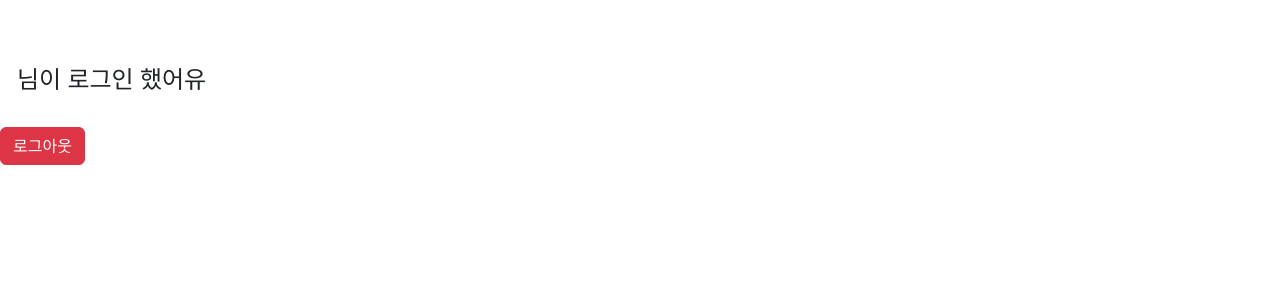
Repository: JunbroGit/SistProject
Page: http://localhost/jsaAjaxProject/login/logoutForm.jsp
These files come from the project's save history. The page is drawn as it stood at one moment and after the next save; the edit follows.
The browser window is 1280 px wide. The pictures show the whole page.
Some web fonts or font styles are not loaded; a fallback is used. The page is served by Tomcat 9. Other server files are loaded and not shown. Queries for data that is not in the repository find no rows.

Above is the page before, as saved 2024-03-13 02:19:50.

### jspwork/jsaAjaxProject/src/main/webapp/login/logoutForm.jsp
<%@page import="log.model.LogDao"%>
<%@ page language="java" contentType="text/html; charset=UTF-8"
    pageEncoding="UTF-8"%>
<!DOCTYPE html>
<html>
<head>
<meta charset="UTF-8">
<link href="https://cdn.jsdelivr.net/npm/bootstrap@5.3.2/dist/css/bootstrap.min.css" rel="stylesheet">
<link href="https://fonts.googleapis.com/css2?family=Dongle&family=Gaegu&family=Nanum+Myeongjo&family=Nanum+Pen+Script&family=Noto+Sans+KR:wght@100..900&display=swap" rel="stylesheet">
<script src="https://code.jquery.com/jquery-3.7.0.js"></script>
<title>Insert title here</title>
</head>
<body>
<%
	//세션으로부터 아이디 읽어온다
	String id=(String)session.getAttribute("idOk");
	//아이디에 해당하는 이름을 dao로부터 얻어온다
	LogDao dao=new LogDao();
	String name=dao.getName(id);
%>
<br><br>
<h4 class="alert alert-waring"><%=name %>님이 로그인 했어유</h4>
<input value="로그아웃" class="btn btn-danger" type="button">
</body>
</html>

### jspwork/jsaAjaxProject/src/main/java/mysql/db/DbConnect.java
package mysql.db;

import java.sql.Connection;
import java.sql.DriverManager;
import java.sql.PreparedStatement;
import java.sql.ResultSet;
import java.sql.SQLException;
import java.sql.Statement;

public class DbConnect {

	static final String MYSQLDRIVER="com.mysql.cj.jdbc.Driver";
	static final String MYSQL_URL="jdbc:mysql://localhost:3306/coffee";

	public DbConnect() {
		try {
			Class.forName(MYSQLDRIVER);
			System.out.println("mysql 드라이버성공");
		} catch (ClassNotFoundException e) {
			// TODO Auto-generated catch block
			//e.printStackTrace();
			System.out.println("mysql 드라이버 실패"+e.getMessage());
		}
	}


	public Connection getConnection()
	{
		Connection conn=null;

		try {
			conn=DriverManager.getConnection(MYSQL_URL, "junbro", "1234");
			System.out.println("MYSQL계정연결성공");
		} catch (SQLException e) {
			// TODO Auto-generated catch block
			e.printStackTrace();
			System.out.println("MYSQL연결실패: "+e.getMessage());
		}


		return conn;
	}

	//close 총 4개 오버로딩
	public void dbClose(ResultSet rs,Statement stmt,Connection conn)
	{

			try {
				if(rs!=null) rs.close();
				if(stmt!=null) stmt.close();
				if(conn!=null) conn.close();
			} catch (SQLException e) {
				// TODO Auto-generated catch block
				e.printStackTrace();
			}
	}

	public void dbClose(Statement stmt,Connection conn)
	{

			try {

				if(stmt!=null) stmt.close();
				if(conn!=null) conn.close();
			} catch (SQLException e) {
				// TODO Auto-generated catch block
				e.printStackTrace();
			}
	}

	public void dbClose(ResultSet rs,PreparedStatement pstmt,Connection conn)
	{

			try {
				if(rs!=null) rs.close();
				if(pstmt!=null) pstmt.close();
				if(conn!=null) conn.close();
			} catch (SQLException e) {
				// TODO Auto-generated catch block
				e.printStackTrace();
			}
	}

	public void dbClose(PreparedStatement pstmt,Connection conn)
	{

			try {

				if(pstmt!=null) pstmt.close();
				if(conn!=null) conn.close();
			} catch (SQLException e) {
				// TODO Auto-generated catch block
				e.printStackTrace();
			}
	}


}

After the next save:
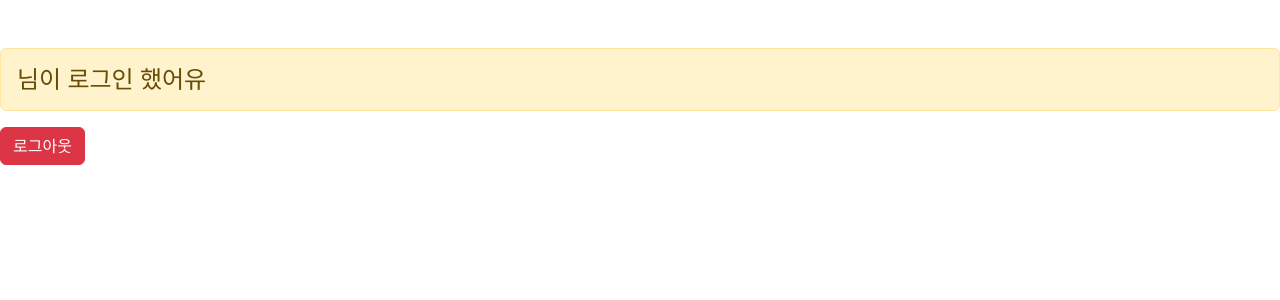
Saved 6 s later.
--- a/jspwork/jsaAjaxProject/src/main/webapp/login/logoutForm.jsp
+++ b/jspwork/jsaAjaxProject/src/main/webapp/login/logoutForm.jsp
@@ -19,7 +19,7 @@
 	String name=dao.getName(id);
 %>
 <br><br>
-<h4 class="alert alert-waring"><%=name %>님이 로그인 했어유</h4>
+<h4 class="alert alert-warning"><%=name %>님이 로그인 했어유</h4>
 <input value="로그아웃" class="btn btn-danger" type="button">
 </body>
 </html>
